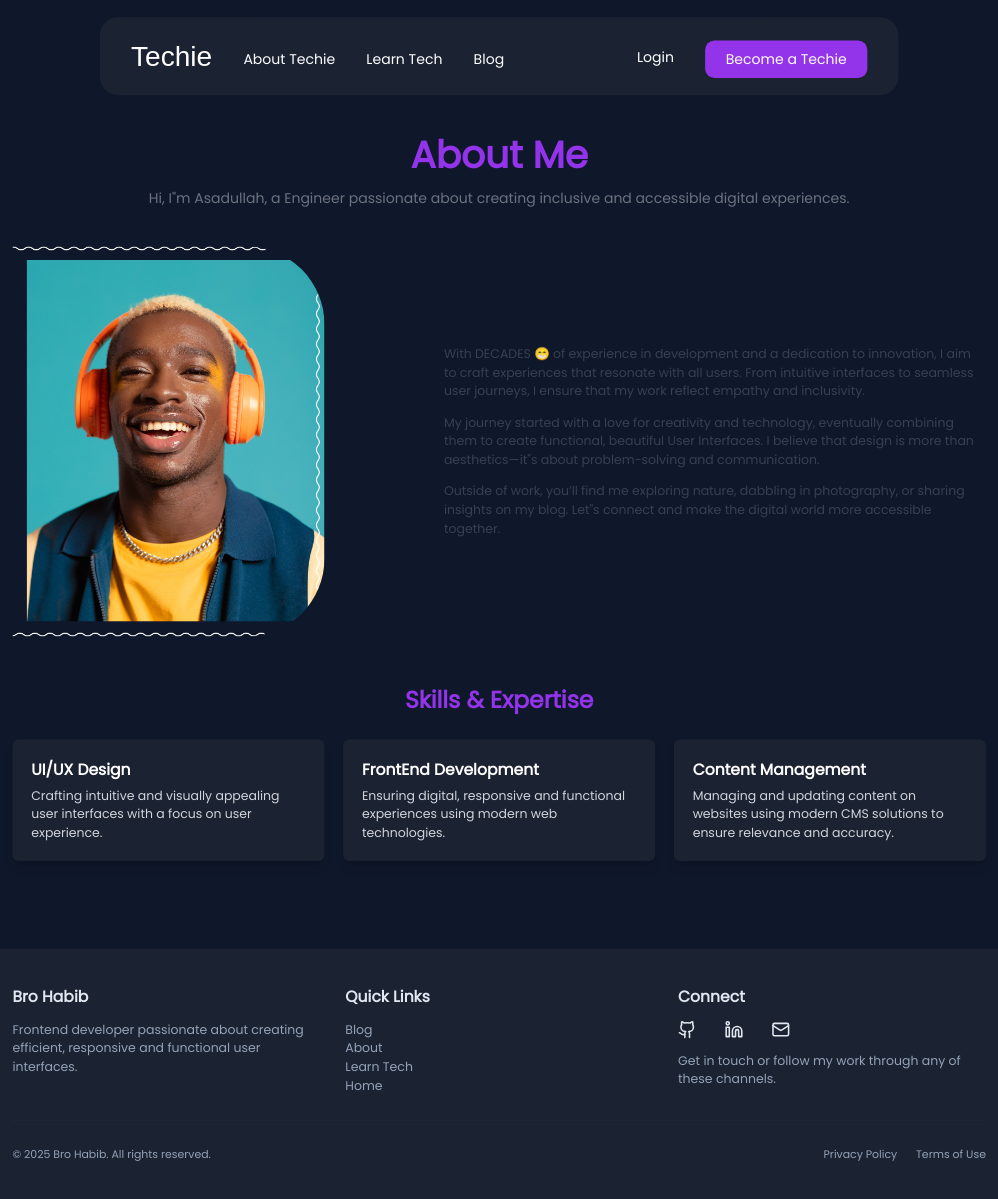
Repository: asadullah48/data-fetch
Page: /about
An editor plug-in stored every save of this project. The page is shown before and after the next save, followed by the edit.
The browser window is 1280 px wide. The pictures show the whole page, at 78% of full size.
Some web fonts or font styles are not loaded; a fallback is used. The project was rebuilt for these pictures with package versions that can differ from the ones it lists, and the page was loaded fresh each time. The framework's server and built-in components were replaced by stand-ins that run in the browser. Also part of the build but not shown: next.config.mjs.

Above is the page before, as saved 2025-01-15 12:25:53.

After the next save:
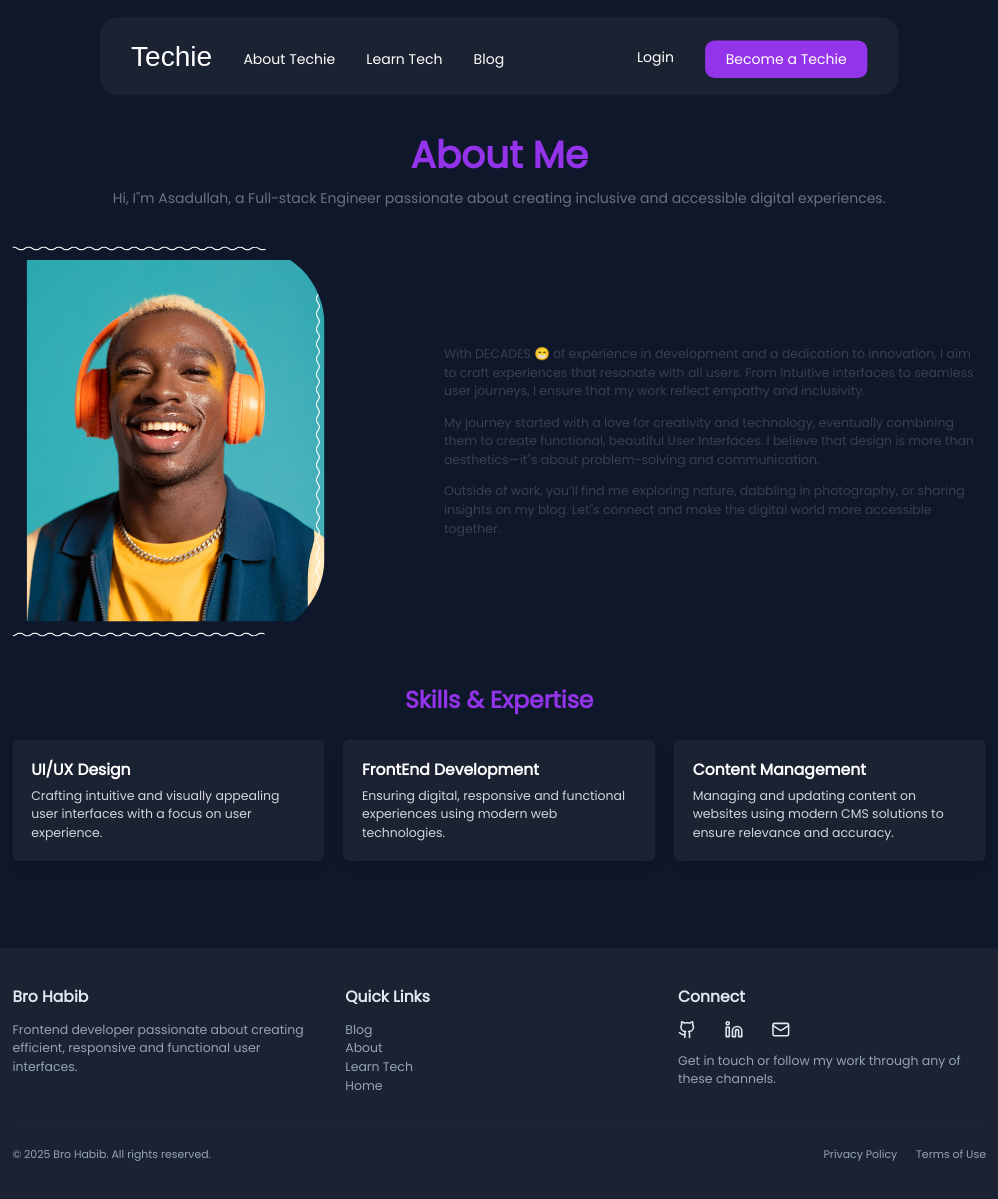
Saved 4 s later.
--- a/src/app/about/page.tsx
+++ b/src/app/about/page.tsx
@@ -8,7 +8,7 @@ export default function About() {
             <div className="text-center mb-12">
                 <h1 className="text-5xl font-bold text-[#9333EA]">About Me</h1>
                 <p className="text-lg text-gray-500 mt-4">
-                    Hi, I&quot;m Asadullah, a  Engineer passionate about creating inclusive and accessible digital experiences.
+                    Hi, I&quot;m Asadullah, a Full-stack Engineer passionate about creating inclusive and accessible digital experiences.
                 </p>
             </div>
 
